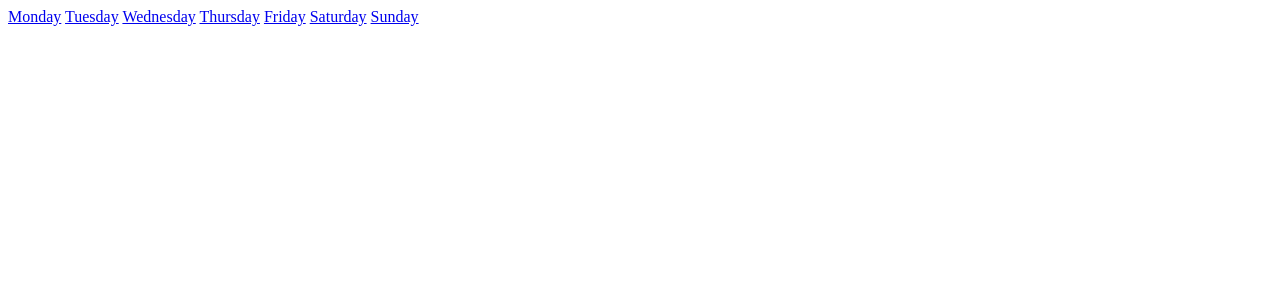
Repository: Art-of-Arts/dotFiles
Page: Documents/pages/index.html
The author's editor kept a copy of each file at every save. The page is drawn from the files as they stood at one save, then again after the next save.
The browser window is 1280 px wide. The pictures show the whole page.

Above is the page before, as saved 2025-01-26 20:33:38.

After the next save:
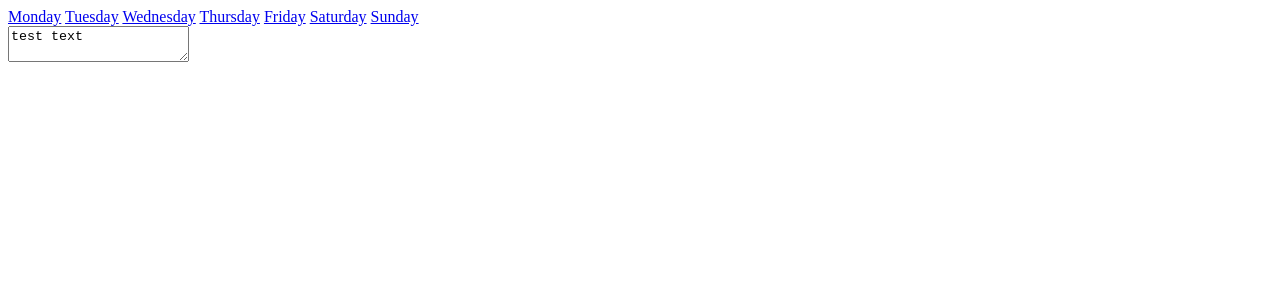
Saved 50 min 47 s later.
--- a/Documents/pages/index.html
+++ b/Documents/pages/index.html
@@ -11,3 +11,6 @@
     <a style="white-space: pre-line;" href="saturday.html">Saturday</a>
     <a style="white-space: pre-line;" href="sunday.html">Sunday</a>
 </div>
+<div>
+    <textarea>test text</textarea>
+</div>

After the save that followed:
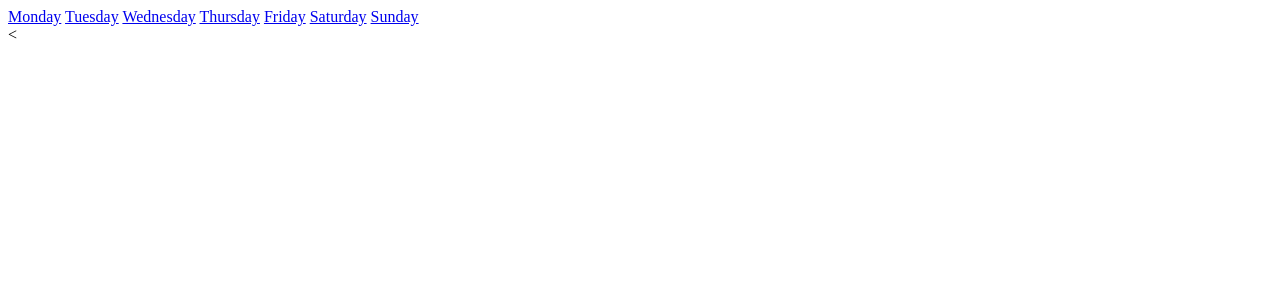
Saved 113 s later.
--- a/Documents/pages/index.html
+++ b/Documents/pages/index.html
@@ -12,5 +12,5 @@
     <a style="white-space: pre-line;" href="sunday.html">Sunday</a>
 </div>
 <div>
-    <textarea>test text</textarea>
+    <
 </div>
